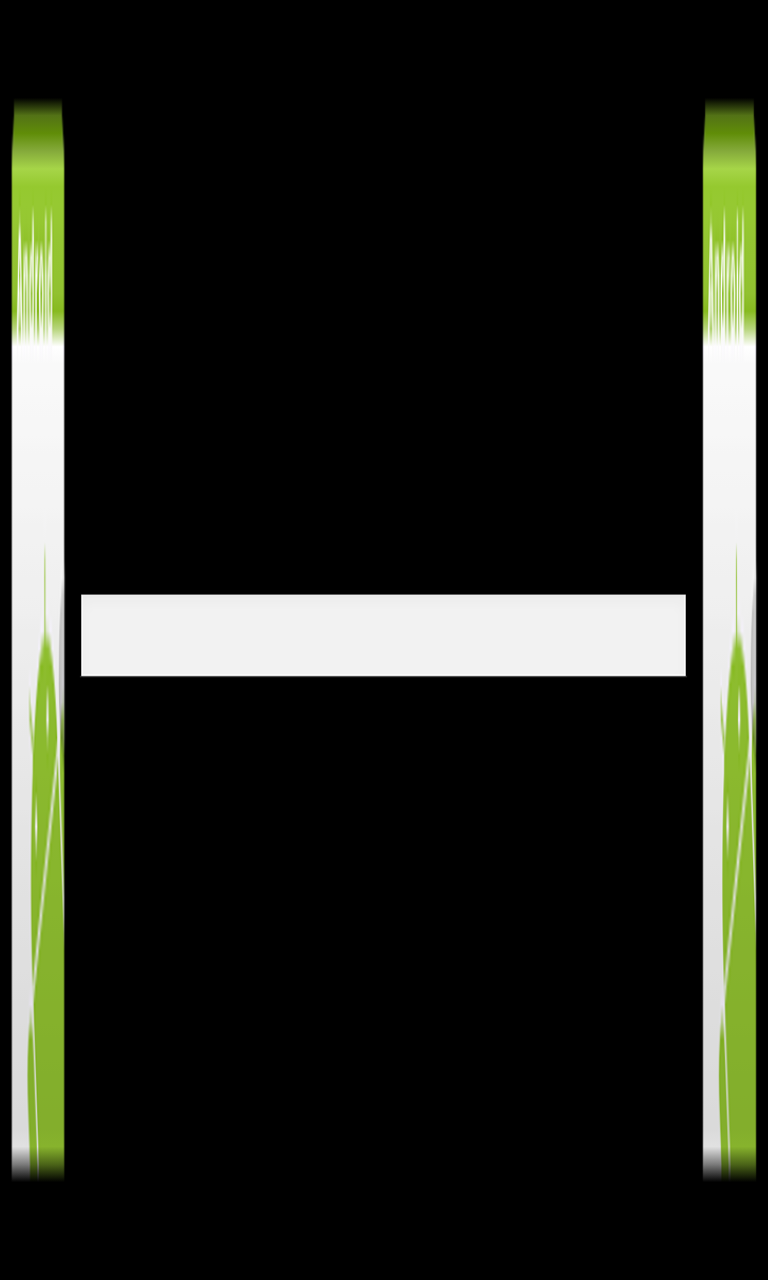
Repository: ET-Bike/E.T-Bike
Layout: Android_Client_ETBike/ETBike/ETBike/res/layout/findlocationtitlebar.xml
An editor plug-in stored every save of this project. The layout is shown before and after a run of saves, followed by the edit.
It is drawn on a 768 x 1280 px phone screen (xhdpi) without system bars, with theme android:Theme.NoTitleBar; the app's code is not run.

Above is the layout before, as saved 2012-11-08 17:00:13.

### Android_Client_ETBike/ETBike/ETBike/res/layout/findlocationtitlebar.xml
<?xml version="1.0" encoding="utf-8"?>
<LinearLayout xmlns:android="http://schemas.android.com/apk/res/android"
    android:layout_width="match_parent"
    android:layout_height="match_parent"
    android:gravity="center"
    android:orientation="horizontal" >

    <ImageView
        android:layout_width="0x"
        android:layout_height="fill_parent"
        android:layout_weight="1"
        android:background="@drawable/icon" />

    <EditText
        android:layout_width="0x"
        android:layout_height="fill_parent"
        android:layout_weight="8"
        android:layout_height="wrap_content" />

    <Button
        android:layout_width="0x"
        android:layout_height="fill_parent"
        android:layout_weight="1"
        android:background="@drawable/icon" />

</LinearLayout>

After the next 2 saves:
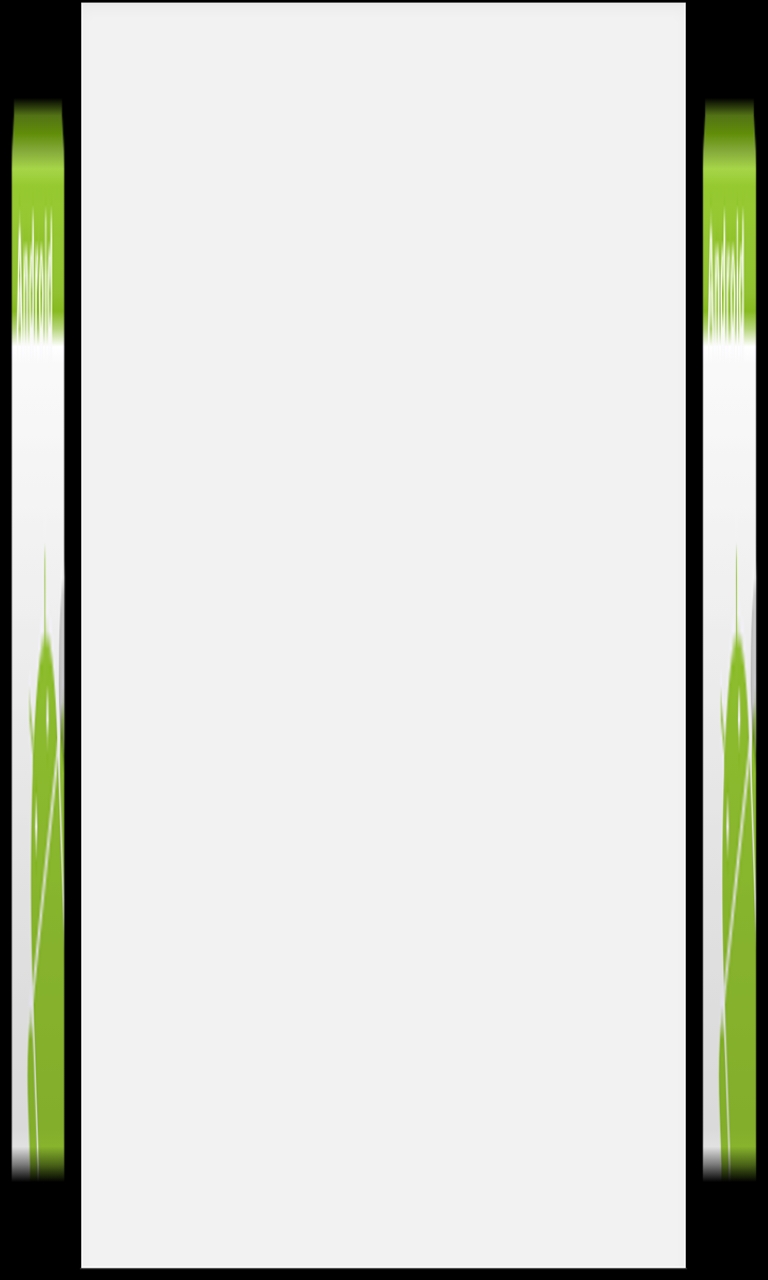
The 2 saves are shown as one change because they came seconds apart.
The last was saved 12 s later.
--- a/Android_Client_ETBike/ETBike/ETBike/res/layout/findlocationtitlebar.xml
+++ b/Android_Client_ETBike/ETBike/ETBike/res/layout/findlocationtitlebar.xml
@@ -14,8 +14,7 @@
     <EditText
         android:layout_width="0x"
         android:layout_height="fill_parent"
-        android:layout_weight="8"
-        android:layout_height="wrap_content" />
+        android:layout_weight="8" />
 
     <Button
         android:layout_width="0x"
